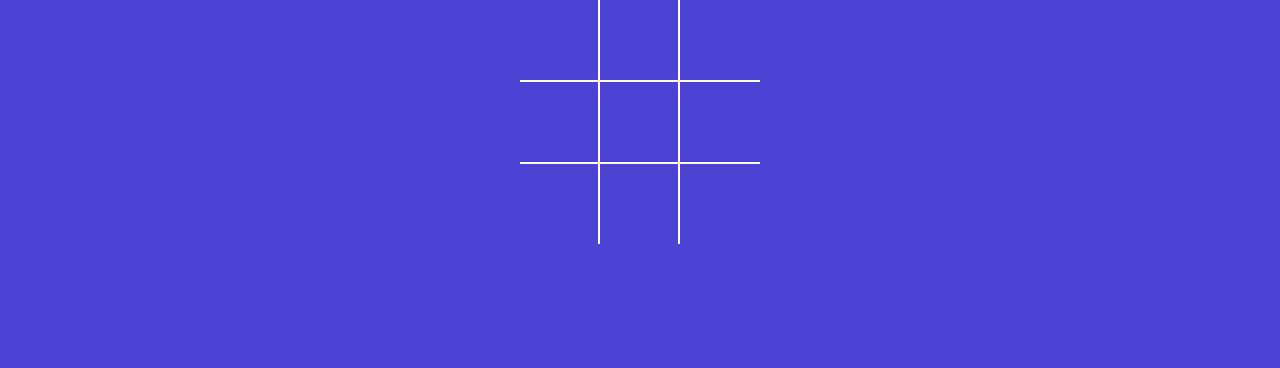
Repository: NoobAjay/tictactoe-game
Page: /
An editor plug-in stored every save of this project. The page is shown before and after the next save, followed by the edit.
The browser window is 1280 px wide. The pictures show the whole page.
The project was rebuilt for these pictures with package versions that can differ from the ones it lists, and the page was loaded fresh each time. Also part of the build but not shown: vite.config.js.

Above is the page before, as saved 2023-03-22 10:57:49.

After the next save:
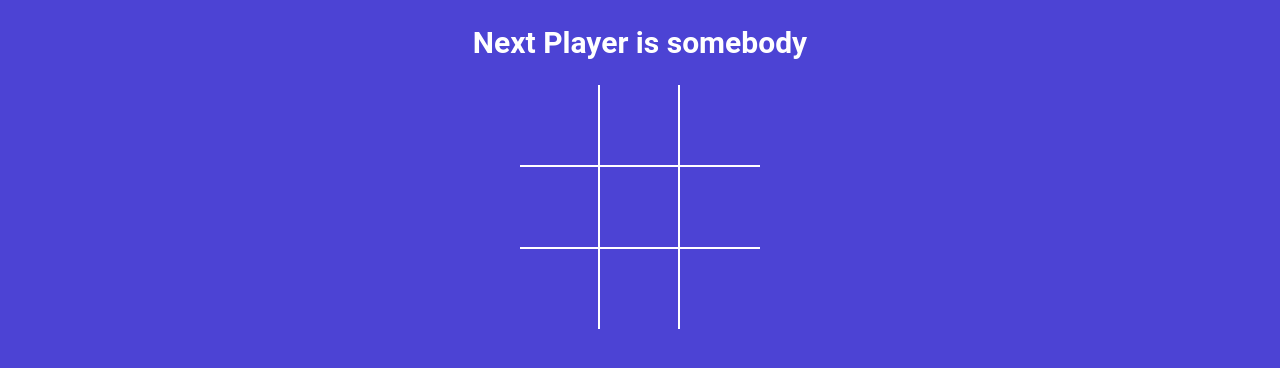
Saved 16 min 50 s later.
--- a/src/App.jsx
+++ b/src/App.jsx
@@ -5,6 +5,7 @@ import Board from './components/Board';
 function App() {
   return (
     <div className="app">
+      <h2>Next Player is somebody</h2>
       <Board />
     </div>
   );
